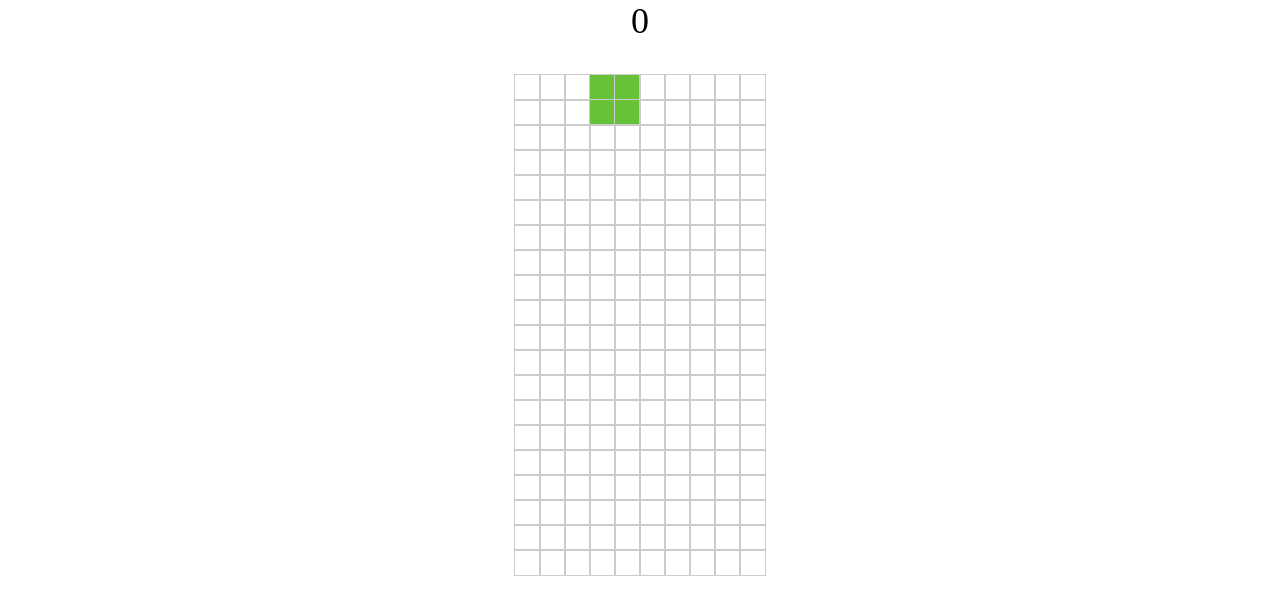
Repository: chlwpdnswku/tetris
Page: index.html
These files come from the project's save history. The page is drawn as it stood at one moment and after a run of saves; the edit follows.
The browser window is 1280 px wide. The pictures show the whole page.

Above is the page before, as saved 2022-12-12 02:14:21.

After the next 2 saves:
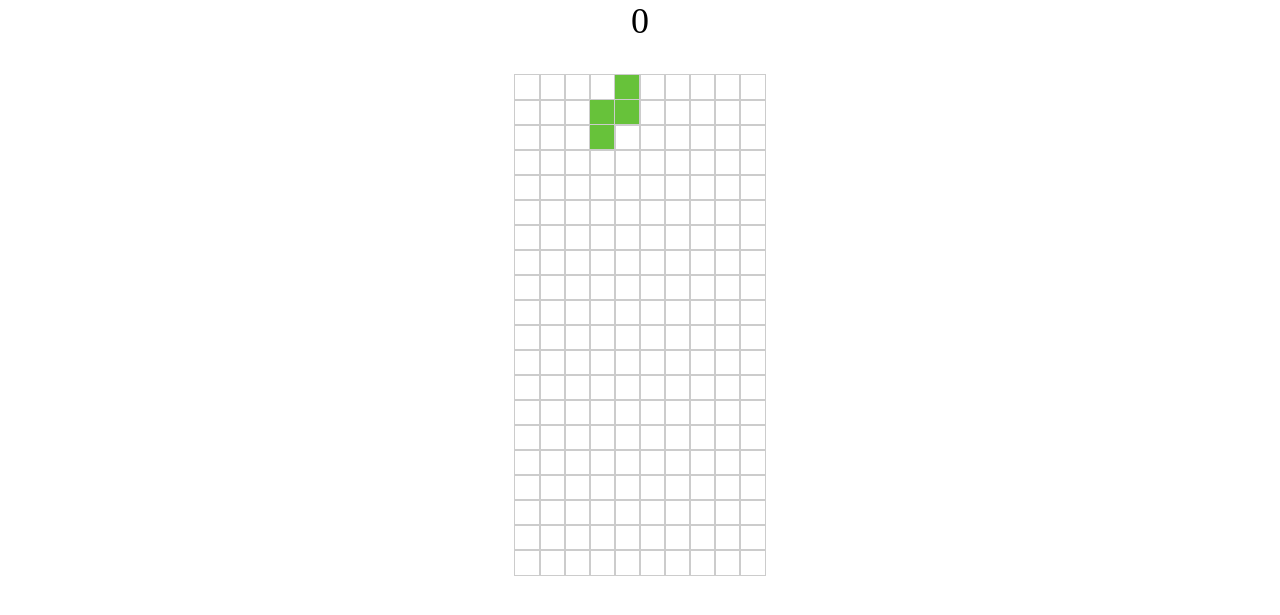
The 2 saves are shown as one change because they came seconds apart.
The last was saved 37 s later.
--- a/script.js
+++ b/script.js
@@ -17,8 +17,8 @@ let tempMovingItem;
 const BLOCKS = {
   tree: [
     [
-      [0, 0],
       [0, 1],
+      [0, 2],
       [1, 0],
       [1, 1],
     ],
